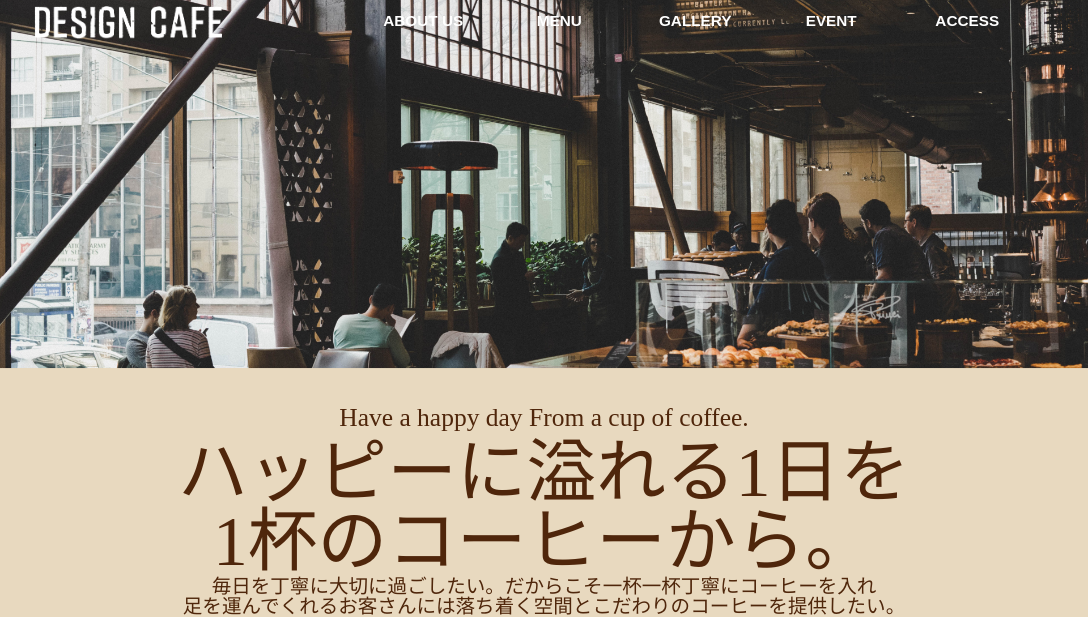
Repository: sonoyama01/dezasuta
Page: 第4回課題/index.html
The author's editor kept a copy of each file at every save. The page is drawn from the files as they stood at one save, then again after the next save.
The browser window is 1280 px wide. The pictures show the whole page, at 85% of full size.

Above is the page before, as saved 2024-05-02 01:58:29.

### 第4回課題/index.html
<!DOCTYPE html>
<html lang="ja">

<head>
    <meta charset="UTF-8">
    <meta name="viewport" content="width=device-width, initial-scale=1.0">
    <title>Desing Cafe</title>
    <link rel="stylesheet" href="./css/style.css">
</head>

<body>
    <header>
        <div class="header_slide">
            <div>
                <img src="./images/pc_first-100.jpg" alt="店内の様子">
            </div>
        </div>
        <div class="header_wrap">
            <h1 class="header_logo">
                <img src="./images/design_cafe_logo_header@2x.png" alt="desind cafe">
            </h1>
            <nav class="pc_nav">
                <ul>
                    <li><a href="#about_us">ABOUT US</a></li>
                    <li><a href="#">MENU</a></li>
                    <li><a href="#">GALLERY</a></li>
                    <li><a href="#">EVENT</a></li>
                    <li><a href="#">ACCESS</a></li>
                </ul>
            </nav>
        </div>
    </header>
    <div class="catch_copy">
        <p class="catch_copy_ja"><span class="en">Have a happy day From a cup of coffee.</span><br>
            ハッピーに溢れる1日を<br>
            1杯のコーヒーから。</p><!-- /.catch_copy -->
        <p>毎日を丁寧に大切に過ごしたい。だからこそ一杯一杯丁寧にコーヒーを入れ<br>
            足を運んでくれるお客さんには落ち着く空間とこだわりのコーヒーを提供したい。</p>
    </div><!-- /.catch_copy -->

    <section id="about_us">

    </section><!-- /#about_us -->


</body>

</html>

### 第4回課題/css/style.css
@charset "utf-8";

/* cssリセット */

/*利用するタグによってこちらの内容は増やす*/

html,
body,
h1,
h2,
h3,
p,
dl,
dt,
dd,
ul,
li {
  margin: 0;
  padding: 0;
  line-height: 1;
  /*デフォルトの文字色、font-familyを予め当てておく*/
  color: #4f260b;
  font-family: "游明朝", YuMincho, "Hiragino Mincho ProN W3",
    "ヒラギノ明朝 ProN W3", "Hiragino Mincho ProN", "HG明朝E", "ＭＳ Ｐ明朝",
    "ＭＳ 明朝", serif;
}

a {
  /*下線を消す*/
  text-decoration: none;
  /*色を消す*/
  color: inherit;
  transition: 0.3s;
}

a:hover {
  opacity: 0.5;
}

ul {
  /*左の「・」を消す*/
  list-style: none;
}

img {
  max-width: 100%;
  vertical-align: bottom;
  border: none;
}

body {
  background-color: #e8d9bf;
  font-size: 23px;
}

/* ヘッダー */
.pc_nav ul {
  display: flex;
  gap: 55px;
}

.pc_nav ul li {
  width: 105px;
  text-align: center;
  color: #ffffff;
  font-weight: bold;
  font-size: 18px;
  font-family: "Hiragino Sans W3", "Hiragino Kaku Gothic ProN",
    "ヒラギノ角ゴ ProN W3", "メイリオ", Meiryo, "ＭＳ Ｐゴシック", "MS PGothic",
    sans-serif;
}

.header_logo {
  width: 226px;
}

.header_wrap {
  display: flex;
  justify-content: space-between;
  align-items: center;
  padding: 0 7% 0 3%;
  position: absolute;
  top: 0;
  left: 0;
  width: 100%;
  box-sizing: border-box;
}

.catch_copy {
  text-align: center;
}
.en {
  font-size: 30px;
}
.catch_copy_ja {
  font-size: 82px;
}

After the next save:
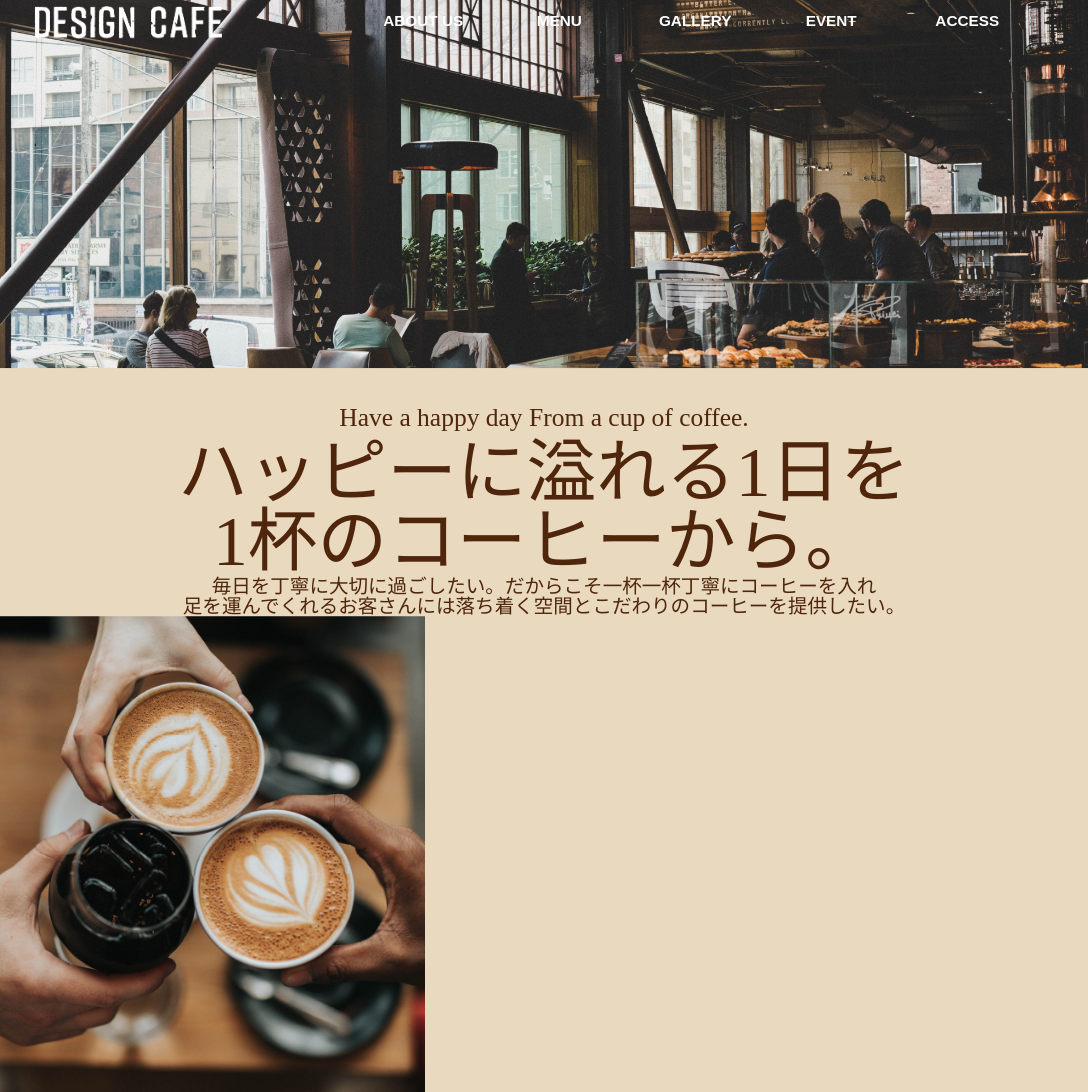
Saved 4 min 59 s later.
--- a/第4回課題/index.html
+++ b/第4回課題/index.html
@@ -39,7 +39,9 @@
     </div><!-- /.catch_copy -->
 
     <section id="about_us">
-
+        <div class="about_us">
+            <img src="./images/pc_about-100.jpg" alt="">
+        </div><!-- /.about_us -->
     </section><!-- /#about_us -->
 
 
